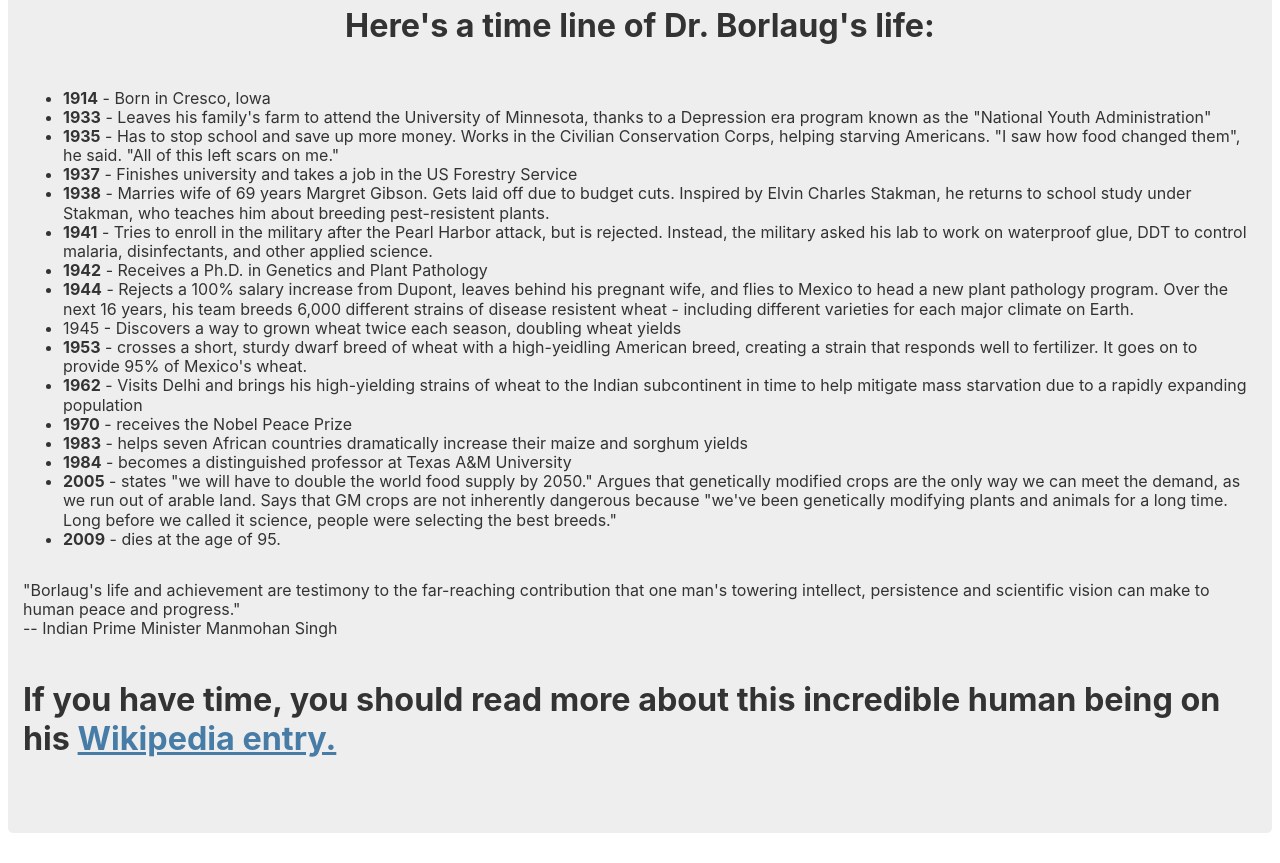
Repository: Lungdjos/tribute-page-certificate
Page: index.html
An editor plug-in stored every save of this project. The page is shown before and after the next save, followed by the edit.
The browser window is 1280 px wide. The pictures show the part of the page from y = 544 to 1407 px (the page is 1407 px tall before and 1375 px after).
A picture or video elsewhere on the page could not be fetched, so the positions and the page height are approximate.

Above is the page before, as saved 2023-10-30 12:45:47.

### index.html
<!DOCTYPE html>
<html lang="en">

<head>
    <meta charset="UTF-8">
    <meta name="viewport" content="width=device-width, initial-scale=1.0">
    <title>Document</title>
    <link rel="stylesheet" href="styles.css">
</head>

<body>
    <main id="main">
        <h1 id="title">Dr. Norman Borlaug</h1>
        <p>The man who saved a billion lives</p>
        <div id="img-div">
            <img id="image" src="https://cdn.freecodecamp.org/testable-projects-fcc/images/tribute-page-main-image.jpg" alt="">
            <figcaption id="img-caption">Dr. Norman Borlaug, third from the left, trains biologists in Mexico on how to increase wheat yields - part of his life-long war on hunger.</figcaption>
        </div>
        <div id="tribute-info">
            <h2>Here's a time line of Dr. Borlaug's life:</h2>
            <ul>
                <li><strong>1914</strong> - Born in Cresco, lowa</li>
                <li><strong>1933</strong> - Leaves his family's farm to attend the University of Minnesota, thanks to a Depression era program known as the "National Youth Administration"</li>
                <li><strong>1935</strong> - Has to stop school and save up more money. Works in the Civilian Conservation Corps, helping starving Americans. "I saw how food changed them", he said. "All of this left scars on me."</li>
                <li><strong>1937</strong> - Finishes university and takes a job in the US Forestry Service</li>
                <li><strong>1938</strong> - Marries wife of 69 years Margret Gibson. Gets laid off due to budget cuts. Inspired by Elvin Charles Stakman, he returns to school study under Stakman, who teaches him about breeding pest-resistent plants.</li>
                <li><strong>1941</strong> - Tries to enroll in the military after the Pearl Harbor attack, but is rejected. Instead, the military asked his lab to work on waterproof glue, DDT to control malaria, disinfectants, and other applied science.</li>
                <li><strong>1942</strong> - Receives a Ph.D. in Genetics and Plant Pathology</li>
                <li><strong>1944</strong> - Rejects a 100% salary increase from Dupont, leaves behind his pregnant wife, and flies to Mexico to head a new plant pathology program. Over the next 16 years, his team breeds 6,000 different strains of disease
                    resistent wheat - including different varieties for each major climate on Earth.</li>
                <li>1945<strong></strong> - Discovers a way to grown wheat twice each season, doubling wheat yields</li>
                <li><strong>1953</strong> - crosses a short, sturdy dwarf breed of wheat with a high-yeidling American breed, creating a strain that responds well to fertilizer. It goes on to provide 95% of Mexico's wheat.</li>
                <li><strong>1962</strong> - Visits Delhi and brings his high-yielding strains of wheat to the Indian subcontinent in time to help mitigate mass starvation due to a rapidly expanding population</li>
                <li><strong>1970</strong> - receives the Nobel Peace Prize</li>
                <li><strong>1983</strong> - helps seven African countries dramatically increase their maize and sorghum yields</li>
                <li><strong>1984</strong> - becomes a distinguished professor at Texas A&M University</li>
                <li><strong>2005</strong> - states "we will have to double the world food supply by 2050." Argues that genetically modified crops are the only way we can meet the demand, as we run out of arable land. Says that GM crops are not inherently
                    dangerous because "we've been genetically modifying plants and animals for a long time. Long before we called it science, people were selecting the best breeds."</li>
                <li><strong>2009</strong> - dies at the age of 95.</li>

            </ul>
            <p>"Borlaug's life and achievement are testimony to the far-reaching contribution that one man's towering intellect, persistence and scientific vision can make to human peace and progress."<br> -- Indian Prime Minister Manmohan Singh</p>
            <h2 class="foot">If you have time, you should read more about this incredible human being on his
                <a href="https://en.wikipedia.org/wiki/Norman_Borlaug" target="_blank" id="tribute-link">Wikipedia entry.</a></p>
        </div>
    </main>

</body>

</html>

### styles.css
    html {
        font-size: 10px;
    }

    body {
        background: #fff;
        text-align: center;
        color: #333;
        margin: 0;
        line-height: 1.2;
        font-size: 1.6rem;
        font-family: -apple-system, BlinkMacSystemFont, 'Segoe UI', 'Roboto', 'Helvetica Neue', Arial, sans-serif;
    }

    h1 {
        font-size: 4rem;
        margin-top: 0;
    }

    @media (max-width: 40px) {
        h1 {
            font-size: 3.5rem;
            line-height: 1.2;
        }
    }

    h2 {
        font-size: 3.23rem;
    }

    #main {
        background: #eee;
        margin: 30px 8px;
        border-radius: 5px;
        padding: 15px;
    }

    @media (max-width: 460px) {
        #main {
            margin: 0;
        }
    }
    /* image styling */

    #img-div {
        background: #fff;
        padding: 10px;
        margin: 0;
    }

    #img-caption {
        margin: 15px 0;
    }

    img {
        max-width: 100%;
        display: block;
        height: auto;
        margin: 0 auto;
    }
    /* tribute infomation */

    #tribute-info {
        display: flex;
        justify-content: center;
        flex-wrap: wrap;
        text-align: left;
    }

    a {
        color: #477ca7;
    }

    a:visited {
        color: #74638f;
    }

After the next save:
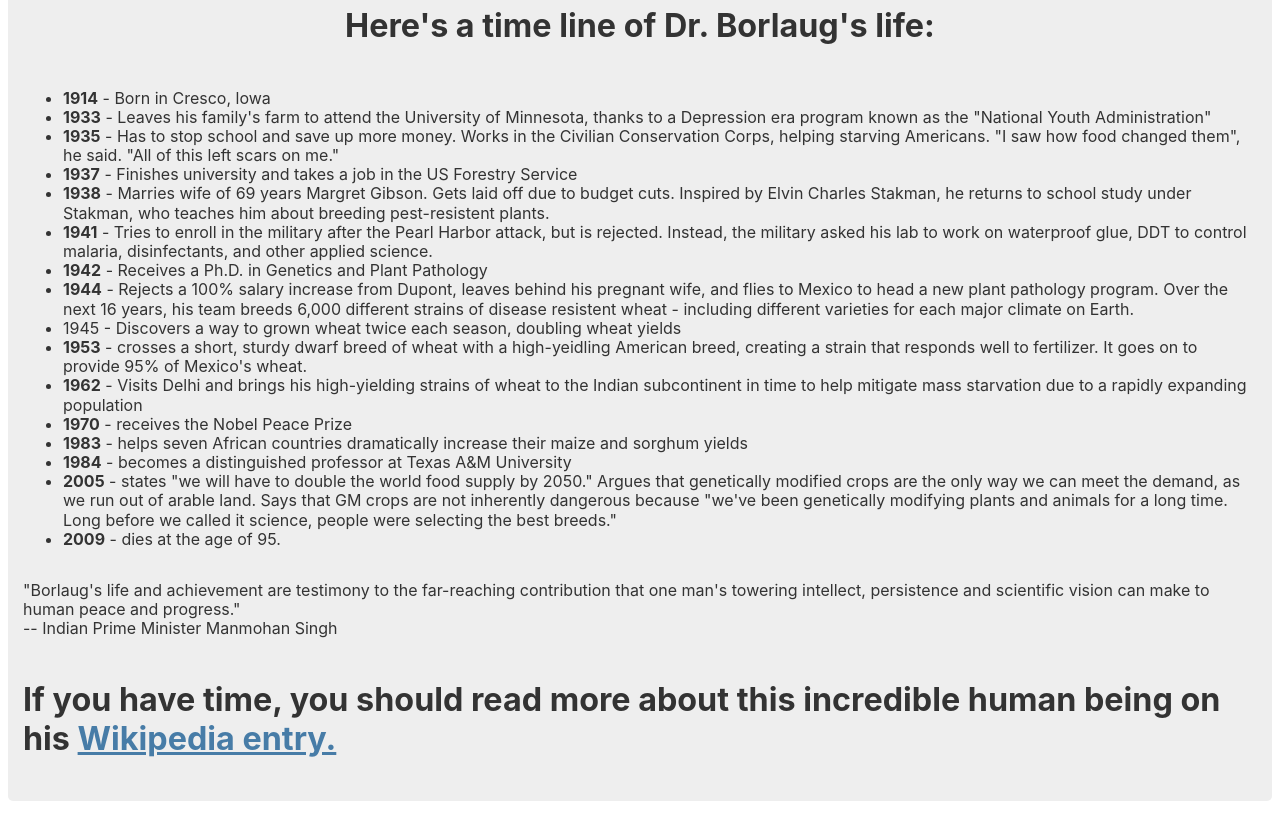
Saved 10 s later.
--- a/index.html
+++ b/index.html
@@ -41,7 +41,7 @@
             </ul>
             <p>"Borlaug's life and achievement are testimony to the far-reaching contribution that one man's towering intellect, persistence and scientific vision can make to human peace and progress."<br> -- Indian Prime Minister Manmohan Singh</p>
             <h2 class="foot">If you have time, you should read more about this incredible human being on his
-                <a href="https://en.wikipedia.org/wiki/Norman_Borlaug" target="_blank" id="tribute-link">Wikipedia entry.</a></p>
+                <a href="https://en.wikipedia.org/wiki/Norman_Borlaug" target="_blank" id="tribute-link">Wikipedia entry.</a></h2>
         </div>
     </main>
 
